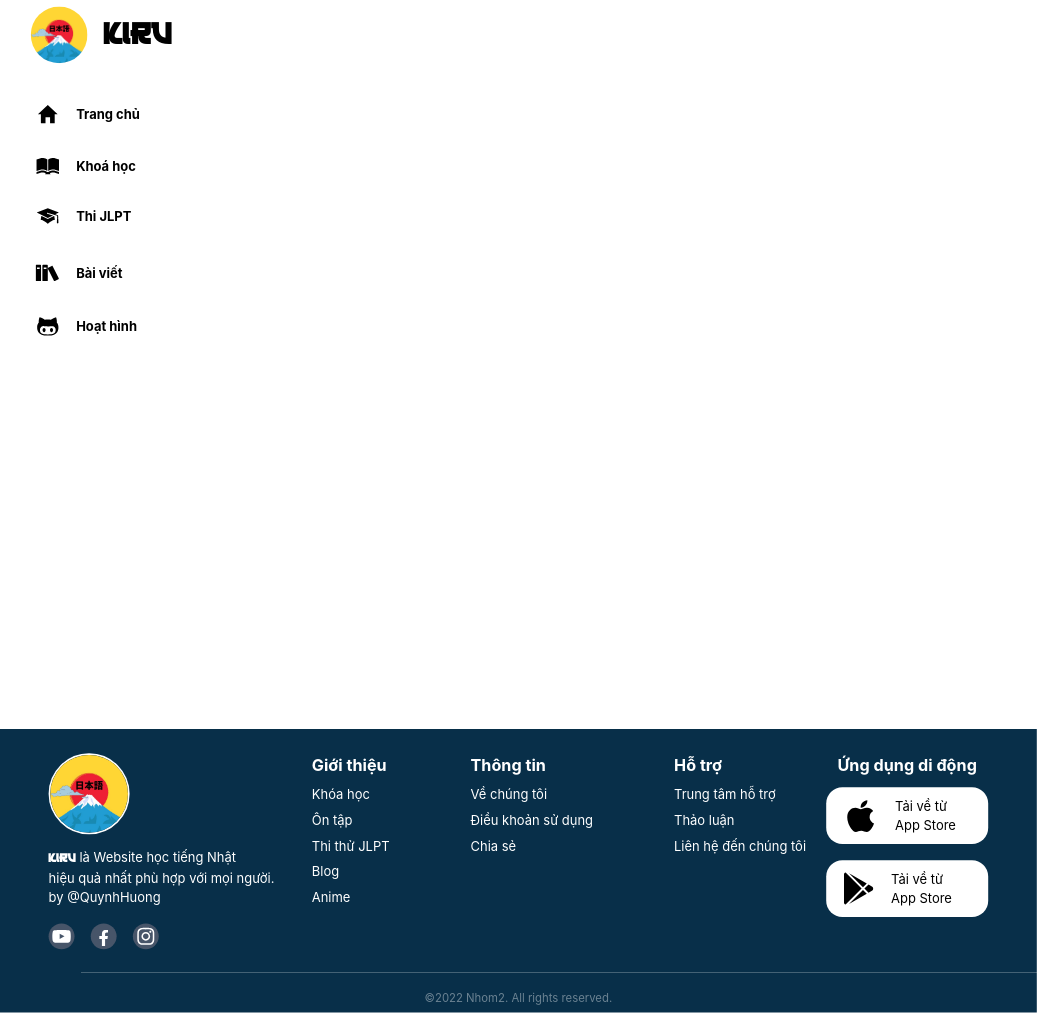
Repository: Quynhhuong150322/Kiru_Website-hoc-tieng-Nhat
Page: /
These files come from the project's save history. The page is drawn as it stood at one moment and after the next save; the edit follows.
The browser window is 1280 px wide. The page is 1300 px wide, so the pictures cover 1300 px, including what lies to the right of the window. The pictures show the whole page, at 81% of full size.
The project was rebuilt for these pictures with package versions that can differ from the ones it lists, and the page was loaded fresh each time.

Above is the page before, as saved 2023-08-18 03:05:09.

After the next save:
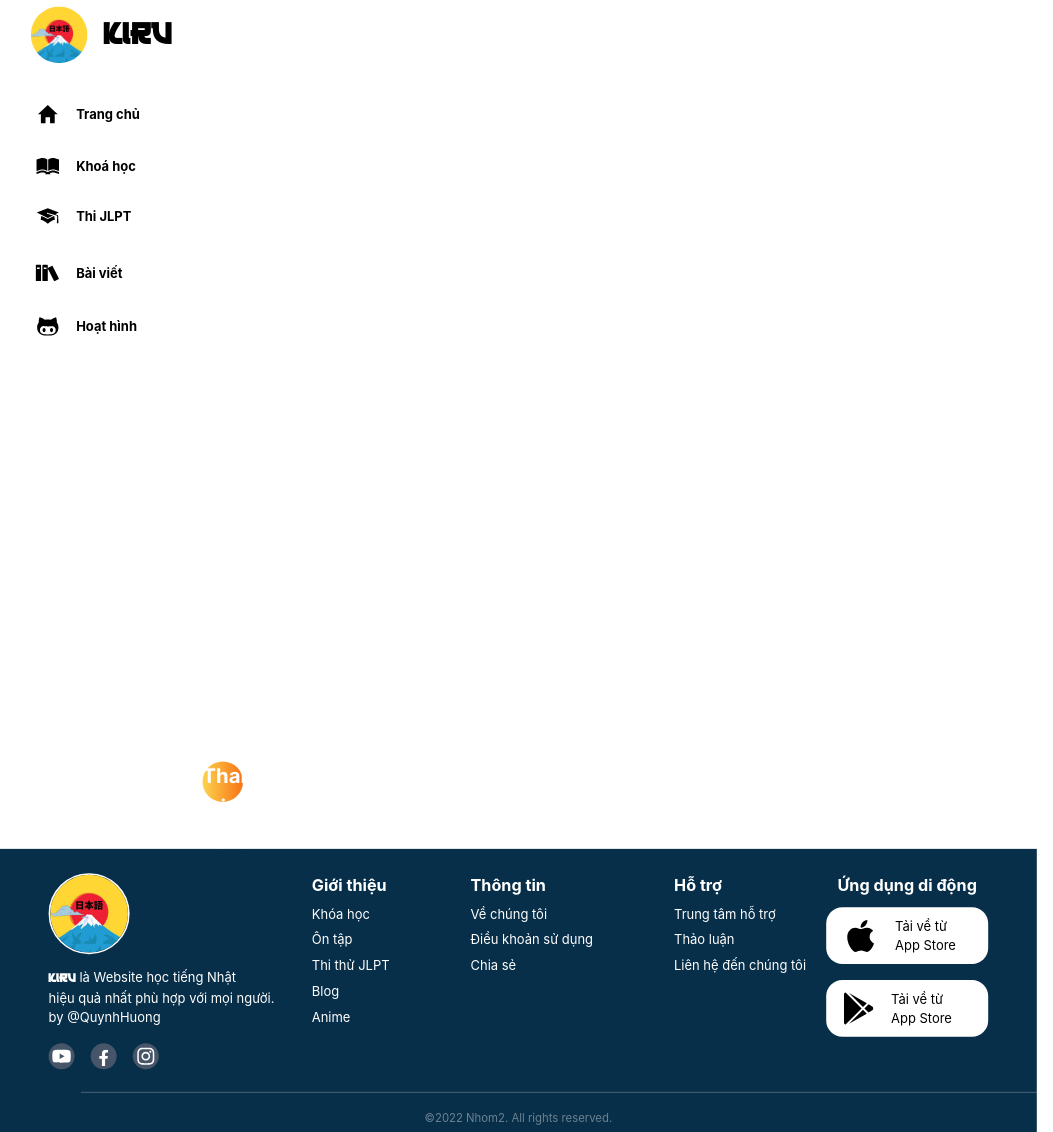
Saved 61 s later.
--- a/src/App.js
+++ b/src/App.js
@@ -11,6 +11,7 @@
 // import DangNhap from "./component/Dang_nhap";
 // import QuenMK from "./component/Quen_mk";
 // import DatlaiMk from "./component/Dat_lai_mk";
+import Search from "./component/Search";
 
 function App() {
   return (
@@ -34,6 +35,9 @@
       {/* Quên mật khẩu */}
       {/* <QuenMK/> */}
       {/* <DatlaiMk/> */}
+
+      {/* thanh Search */}
+      <Search/>
       <Footer></Footer>
     </div>
   );
